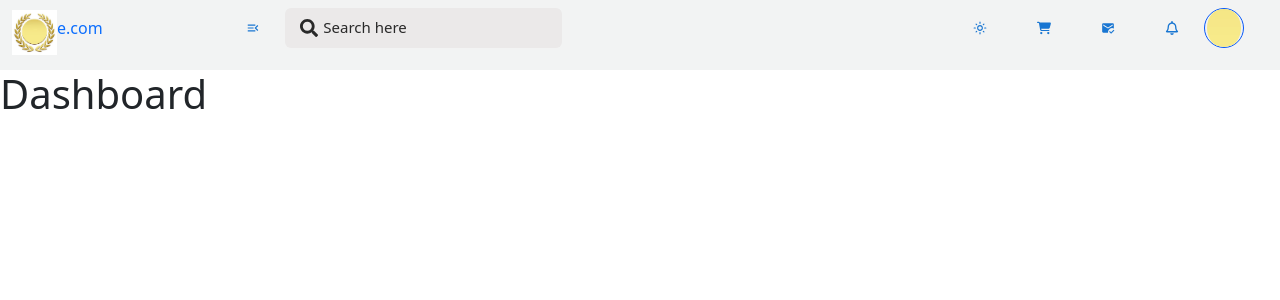
Repository: gautamsonam011/admin-react-dashboard
Page: /
An editor plug-in stored every save of this project. The page is shown before and after the next save, followed by the edit.
The browser window is 1280 px wide. The pictures show the whole page.
The project was rebuilt for these pictures with package versions that can differ from the ones it lists, and the page was loaded fresh each time.

Above is the page before, as saved 2025-04-14 14:06:22.

After the next save:
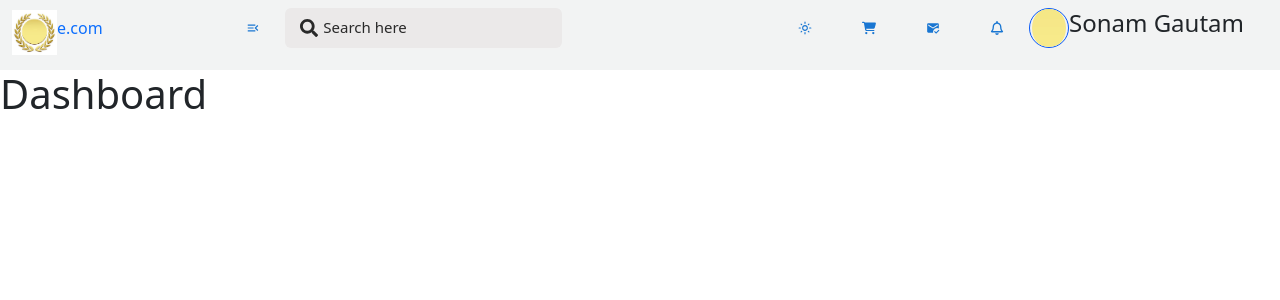
Saved 108 s later.
--- a/src/components/Header/index.jsx
+++ b/src/components/Header/index.jsx
@@ -42,6 +42,9 @@ const Header = () =>{
                             </span>
 
                         </div>
+                        <div className="userInfo">
+                            <h4>Sonam Gautam</h4>
+                        </div>
                     </div>
                     </div>
                     </div>
